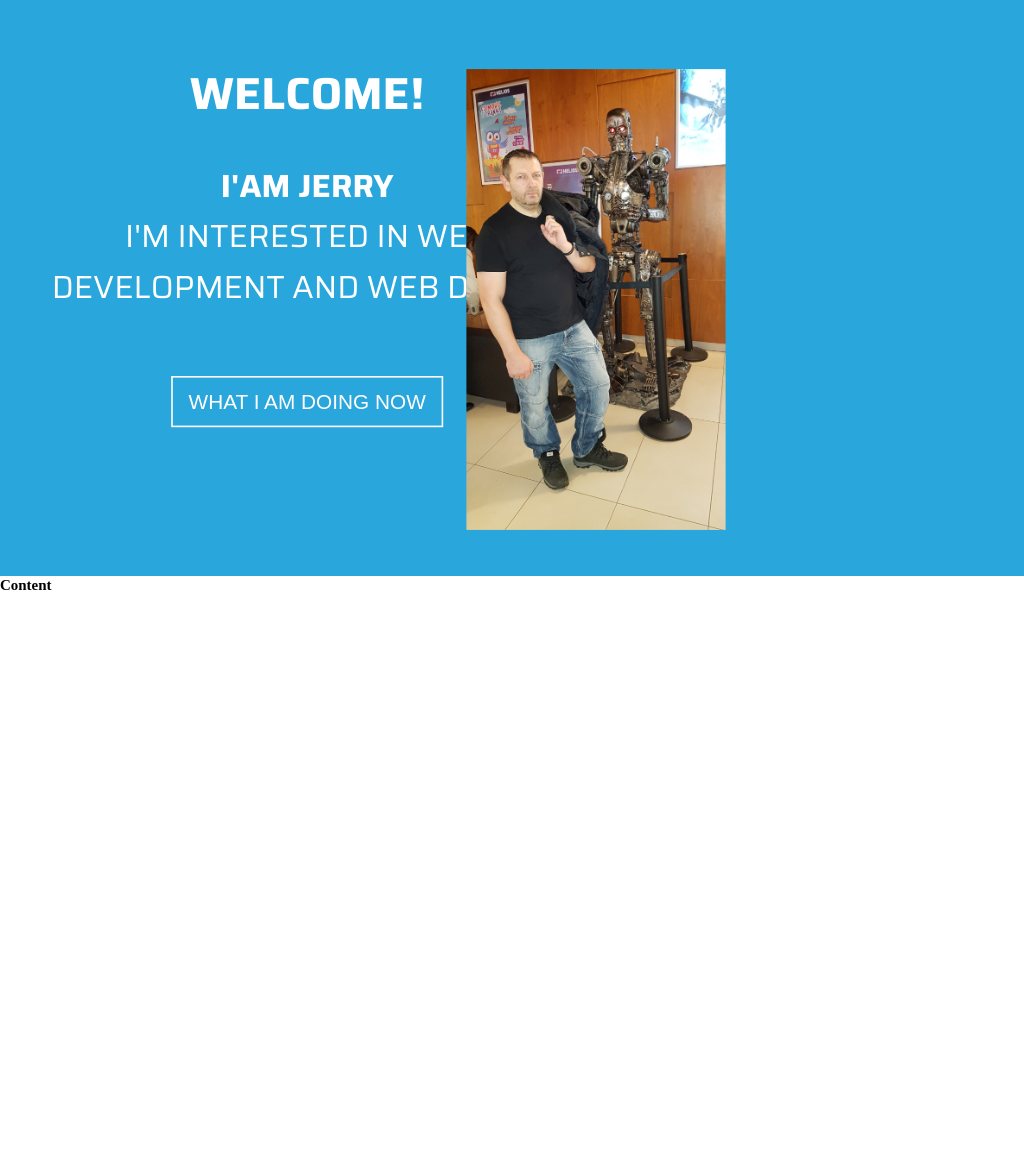
Repository: navanweb/dev
Page: jerry.html
An editor plug-in stored every save of this project. The page is shown before and after the next save, followed by the edit.
The browser window is 1280 px wide. The pictures show the whole page, at 80% of full size.

Above is the page before, as saved 2019-04-06 22:18:58.

### jerry.html
<!DOCTYPE html>
<html>

<head>
  <meta charset="UTF-8">
  <meta name="viewport" content="width=device-width, initial-scale=1.0">
  <meta http-equiv="X-UA-Compatible" content="ie=edge">
  <title>Jerry</title>
  <link href="https://fonts.googleapis.com/css?family=Saira:400,700" rel="stylesheet">
  <link rel="stylesheet" type="text/css" href="css/jerry.css">
</head>

<body>
  <header>
    <div class="welcome">
      <p>welcome!</p>
      <h1>I'am Jerry</h1>
      <h2>I'm interested in web development and web design</h2>
      <a href="#"><button>what I am doing now</button></a>
    </div>
    <img src="images/jerry.jpg" alt="Jerry photo PCWitcher">
  </header>
  <h3>Content</h3>
</body>

</html>

### css/jerry.css
/* font-family: 'Saira', sans-serif; */

* {
    margin: 0;
    padding: 0;
    box-sizing: border-box;
}

header {
    position: relative;
    background-color: #29a6dc;
    height: 100vh;
    overflow: hidden;
    /* max-width: 1920px; */
    /* margin: 0 auto; */
}

header>* {
    position: absolute;
}

header img {
    position: absolute;
    height: 50%;
    bottom: 0;
    transform: translateX(50%);
}

header div.welcome {
    top: 5%;
    left: 5%;
    right: 5%;
    text-align: center;
    font-family: 'Saira', sans-serif;
    font-weight: bold;
    font-size: 35px;
    color: white;
    text-transform: uppercase;
}


header h1 {
    font-size: 20px;
    margin-top: 15px;
}

header h2 {
    font-size: 15px;
    font-weight: 400;
}

header button {
    line-height: 32px;
    padding: 0 20px;
    text-transform: uppercase;
    color: white;
    background-color: transparent;
    font-size: 12px;
    border: 2px solid white;
}

@media (orientation:portrait) and (min-width: 360px) {
    header h1 {
        font-size: 24px;
    }

    header h2 {
        font-size: 20px;
    }

    header button {
        margin-top: 30px;
        line-height: 40px;
        font-size: 16px;
    }
}

/* Iphone X  portrait */

@media (orientation:portrait) and (min-width: 375px) {
    header img {
        transform: translate(33%, -10%);
    }
}

@media (orientation:portrait) and (min-width: 410px) {
    header h1 {
        font-size: 26px;
    }

    header h2 {
        font-size: 26px;
    }

    header button {
        margin-top: 10px;
        line-height: 50px;
        font-size: 20px;
    }
}

@media (orientation:landscape) {
    header img {
        height: 80%;
        transform: translate(250%, -10%);
        /* bottom: 0; */
        /* right: 15%; */
    }

    header div.welcome {
        top: 10%;
        left: 5%;
        right: 45%;
    }
}

@media (orientation: landscape) and (min-width:640px) {
    header h1 {
        font-size: 24px;
    }

    header h2 {
        font-size: 24px;
    }

    header button {
        font-size: 16px;
        line-height: 40px;
    }
}

@media (orientation: landscape) and (min-width:812px) {
    header img {
        transform: translate(320%, -10%);
    }

    header button {
        margin-top: 50px;
        font-size: 20px;
        line-height: 45px;
    }
}

@media (orientation: landscape) and (min-width:1024px) {
    header p {
        font-size: 56px;
    }

    header h1 {
        margin-top: 40px;
        font-size: 40px;
    }

    header h2 {
        font-size: 40px;
    }

    header button {
        margin-top: 80px;
        font-size: 26px;
        line-height: 60px;
    }

    header img {
        transform: translate(180%, -10%);
    }
}

h3 {
    height: 100vh;
}

After the next save:
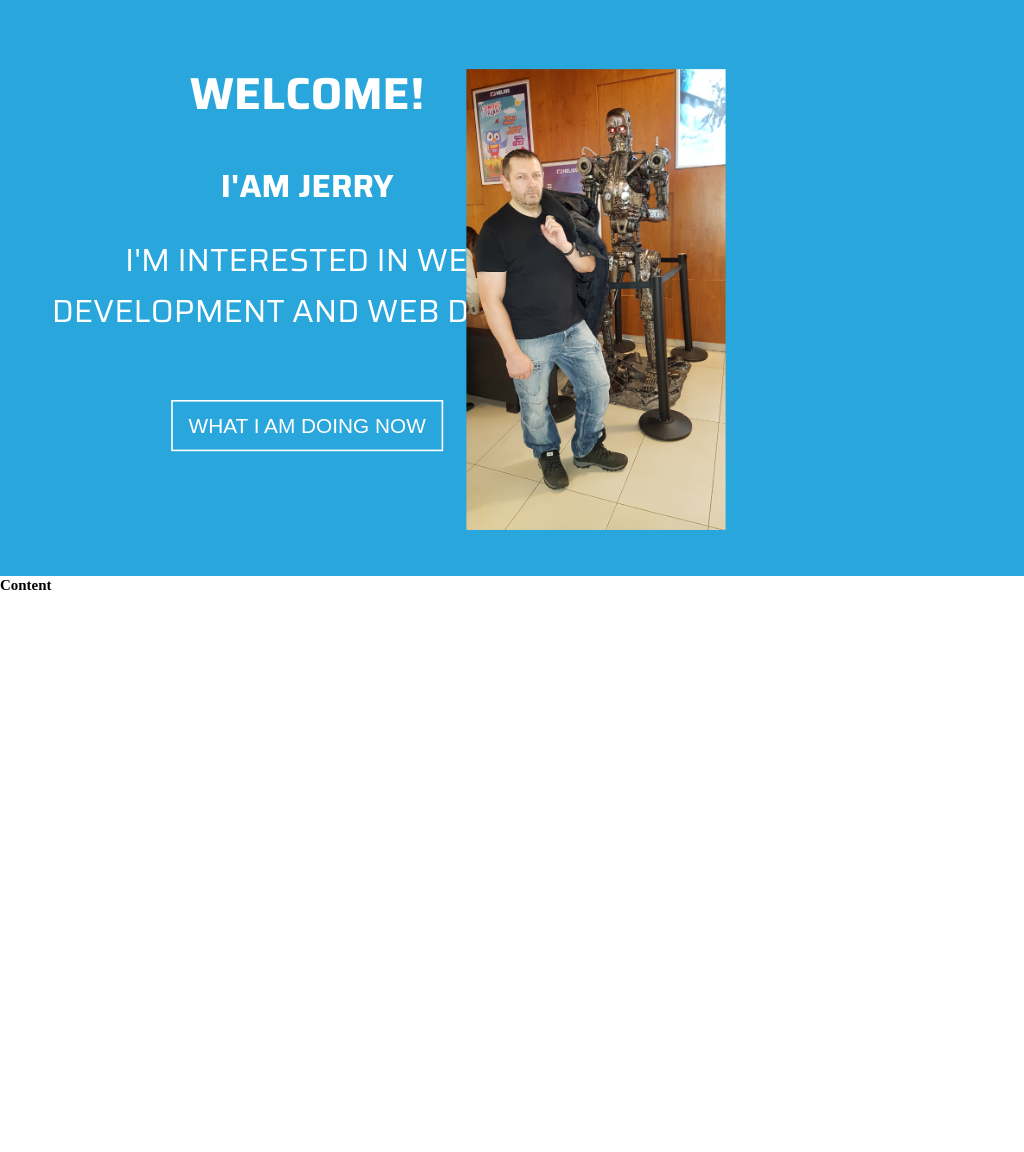
Saved 81 s later.
--- a/css/jerry.css
+++ b/css/jerry.css
@@ -130,6 +130,10 @@ header button {
 }
 
 @media (orientation: landscape) and (min-width:812px) {
+    header h2 {
+        margin-top: 30px;
+    }
+
     header img {
         transform: translate(320%, -10%);
     }
